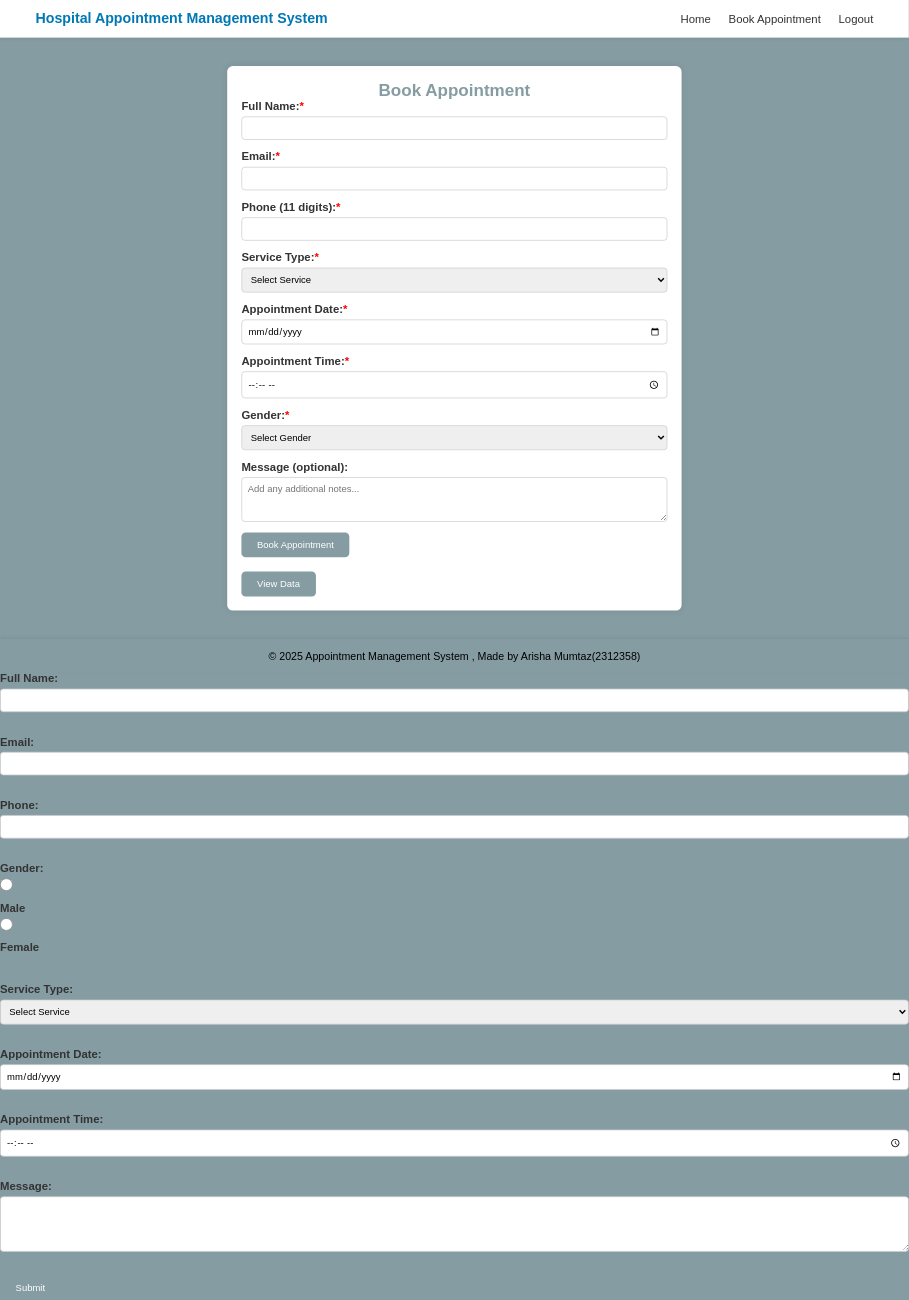
Repository: Arisha004/Hospital-appointment-management-system-
Page: http://localhost/
These files come from the project's save history. The page is drawn as it stood at one moment and after a run of saves; the edit follows.
The browser window is 1280 px wide. The pictures show the whole page, at 71% of full size.
The page is run by PHP 8.4 with error messages shown; the project is at /var/www/html/.

Above is the page before, as saved 2025-11-16 16:08:30.

### index.php
<html>
<head>
<title>Book Appointment</title>
<link rel="stylesheet" href="style2.css">

</head>
<body>
 <header class="navbar">
    <div class="logo">Hospital Appointment Management System</div>
    <nav>
      <ul>
        <li><a href="landingpage.html">Home</a></li>
          <li><a href="index.php">Book Appointment</a></li>

          <li><a href="signup.php">Logout</a></li>
      </ul>
    </nav>
  </header>


<div class="container1">
  <h2>Book Appointment</h2>
  <form  action="insertappointmentform.php" method="POST">

    <label>Full Name:<span>*</span></label>
    <input type="text" name="full_name" required pattern="^[A-Za-z]{3,}( [A-Za-z]+)?$"  minlength="3"
       title="Name should contain only letters.">


    <label>Email:<span>*</span></label>
    <input type="email"
   name="email" required title="enter a valid email address">

    <label>Phone (11 digits):<span>*</span></label>
    <input type="number" name="phone" required pattern="[0-9]{11}" title="Phone number must be exactly 11 digits." maxlength="11">

    <label>Service Type:<span>*</span></label>
    <select name="service_type" required>
      <option value=""> Select Service </option>
      <option value="Consultation">Consultation</option>
      <option value="Follow-up">Follow-up</option>
      <option value="Check-up">Check-up</option>
      <option value="Emergency">Emergency</option>
    </select>

    <label>Appointment Date:<span>*</span></label>
    <input type="date" name="appointment_date" required min="<?php echo date('Y-m-d'); ?>">

    <label>Appointment Time:<span>*</span></label>
    <input type="time" name="appointment_time" required>




       <label>Gender:<span>*</span></label>
    <select name="gender" required>
      <option value=""> Select Gender </option>
      <option value="Male">Male</option>
      <option value="Female">Female</option>
      <option value="Other">Other</option>
    </select>

    <label>Message (optional):</label>
    <textarea name="message"  rows="3"  placeholder="Add any additional notes..."></textarea>

    <input type="hidden" name="created_at" value="<?php echo date('Y-m-d H:i:s'); ?>">

    <button type="submit" name="submit"> Book Appointment </button>
  </form>


<div style="margin-top:20px;">
    <form action="list.php" method="get">
    <button type="submit">View Data</button>
    </form>
</div>
</div>

    <footer>
    <p>© 2025 Appointment Management System , Made by Arisha Mumtaz(2312358)</p>
  </footer>
</div>
</body>
</html>
<form action="" method="POST">
  <label for="full_name">Full Name:</label>
  <input type="text" id="full_name" name="full_name" required>
  <br><br>
  <label for="email">Email:</label>
  <input type="email" id="email" name="email" required>
  <br><br>
  <label for="phone">Phone:</label>
  <input type="text" id="phone" name="phone" required>
  <br><br>
  <label>Gender:</label>
  <input type="radio" id="male" name="gender" value="Male"> <label for="male">Male</label>
  <input type="radio" id="female" name="gender" value="Female"> <label for="female">Female</label>
  <br><br>
  <label for="service_type">Service Type:</label>
  <select id="service_type" name="service_type" required>
    <option value="">Select Service</option>
    <option value="Haircut">Haircut</option>
    <option value="Facial">Facial</option>
    <option value="Massage">Massage</option>
  </select>
  <br><br>
  <label for="appointment_date">Appointment Date:</label>
  <input type="date" id="appointment_date" name="appointment_date" required>
  <br><br>
  <label for="appointment_time">Appointment Time:</label>
  <input type="time" id="appointment_time" name="appointment_time" required>
  <br><br>
  <label for="message">Message:</label>
  <textarea id="message" name="message" rows="4" cols="40"></textarea>
  <br><br>
  <button type="submit">Submit</button>
</form>

### style2.css
  /* Reset and fonts */
* {
  margin: 0;
  padding: 0;
  box-sizing: border-box;
  font-family: 'Poppins', sans-serif;
}

body {
  background: #869CA3;
  color: #333;
}
  .container1 { width: 50%; margin: 40px auto; background: #fff; padding: 20px; border-radius: 8px; box-shadow: 0 0 10px rgba(0,0,0,0.1); }
  h2 { text-align: center; color: #869CA3; }
  label { font-weight: bold; display: block; margin-bottom: 5px; }
  input, select, textarea {
      width: 100%;
      padding: 8px;
      margin-bottom: 15px;
      border: 1px solid #ccc;
      border-radius: 5px;
  }
 /* Footer */
footer {
  text-align: center;
  padding: 15px;
  background-color:#869CA3;
        color: black;
  box-shadow: 0 -2px 5px rgba(0,0,0,0.1);
  font-size: 15px;

}
label span {
  color: red;
}

/* Navbar */
.navbar {
  display: flex;
  justify-content: space-between;
  align-items: center;
  padding: 15px 50px;
  background: #fff;
  box-shadow: 0 2px 5px rgba(0,0,0,0.1);
  position: sticky;
  top: 0;
  z-index: 10;
}

.navbar .logo {
  font-weight: 700;
    font-size: 20px;
  color: #0077b6;
}

.navbar ul {
  display: flex;
  list-style: none;
}

.navbar ul li a {
  text-decoration: none;
  color: #333;
  margin-left: 25px;
  transition: 0.3s;
}

.navbar ul li a:hover {
  color: #0077b6;
}

  button{

  display: inline-block;
  background-color: #869CA3;
  color: #fff;
  padding: 10px 22px;
  border: none;
  border-radius: 6px;
  cursor: pointer;
  font-weight: 500;

  transition: 0.3s;
   text-align: center;
}

button:hover {
  background-color: #7498a3;
  transform: translateY(-2px);
}

  input[type=submit] {
      background-color: #007bff;
      color: white;
      border: none;
      padding: 10px 15px;
      cursor: pointer;
      border-radius: 5px;
  }
    input[type='radio'] {
    width: 18px;
    height: 18px;
    accent-color: #2196F3;
    margin-right: 8px;
    cursor: pointer;
  }
  label {
    font-family: Arial, sans-serif;
    font-size: 16px;
    margin-right: 15px;
    cursor: pointer;
  }
  input[type=submit]:hover {
      background-color: #0056b3;
  }
  select[name="status"] {
    background-color: #f8f9fa;
    color: #495057;
    padding: 8px;
    margin-bottom: 15px;
    border: 1px solid #ced4da;
    border-radius: 5px;
    width: 100%;
}

select[name="status"] option[value="Pending"] { color: #ffc107; }
select[name="status"] option[value="Confirmed"] { color: #28a745; }
select[name="status"] option[value="Cancelled"] { color: #dc3545; }
select[name="status"] option[value="Completed"] { color: #17a2b8; }

After the next 2 saves:
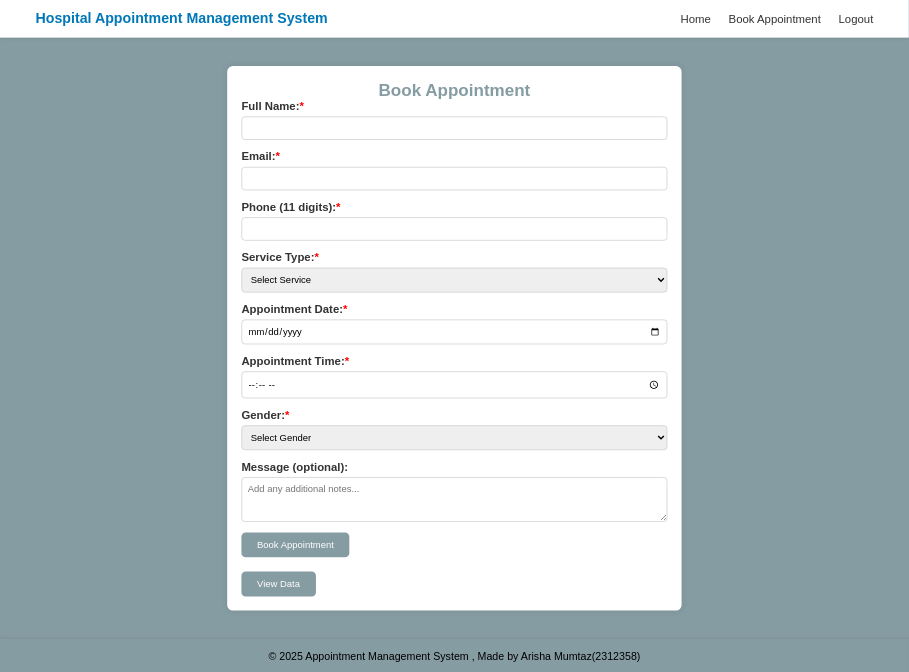
The 2 saves are shown as one change because they came seconds apart.
The last was saved 10 s later.
--- a/index.php
+++ b/index.php
@@ -82,36 +82,3 @@
 </div>
 </body>
 </html>
-<form action="" method="POST">
-  <label for="full_name">Full Name:</label>
-  <input type="text" id="full_name" name="full_name" required>
-  <br><br>
-  <label for="email">Email:</label>
-  <input type="email" id="email" name="email" required>
-  <br><br>
-  <label for="phone">Phone:</label>
-  <input type="text" id="phone" name="phone" required>
-  <br><br>
-  <label>Gender:</label>
-  <input type="radio" id="male" name="gender" value="Male"> <label for="male">Male</label>
-  <input type="radio" id="female" name="gender" value="Female"> <label for="female">Female</label>
-  <br><br>
-  <label for="service_type">Service Type:</label>
-  <select id="service_type" name="service_type" required>
-    <option value="">Select Service</option>
-    <option value="Haircut">Haircut</option>
-    <option value="Facial">Facial</option>
-    <option value="Massage">Massage</option>
-  </select>
-  <br><br>
-  <label for="appointment_date">Appointment Date:</label>
-  <input type="date" id="appointment_date" name="appointment_date" required>
-  <br><br>
-  <label for="appointment_time">Appointment Time:</label>
-  <input type="time" id="appointment_time" name="appointment_time" required>
-  <br><br>
-  <label for="message">Message:</label>
-  <textarea id="message" name="message" rows="4" cols="40"></textarea>
-  <br><br>
-  <button type="submit">Submit</button>
-</form>
